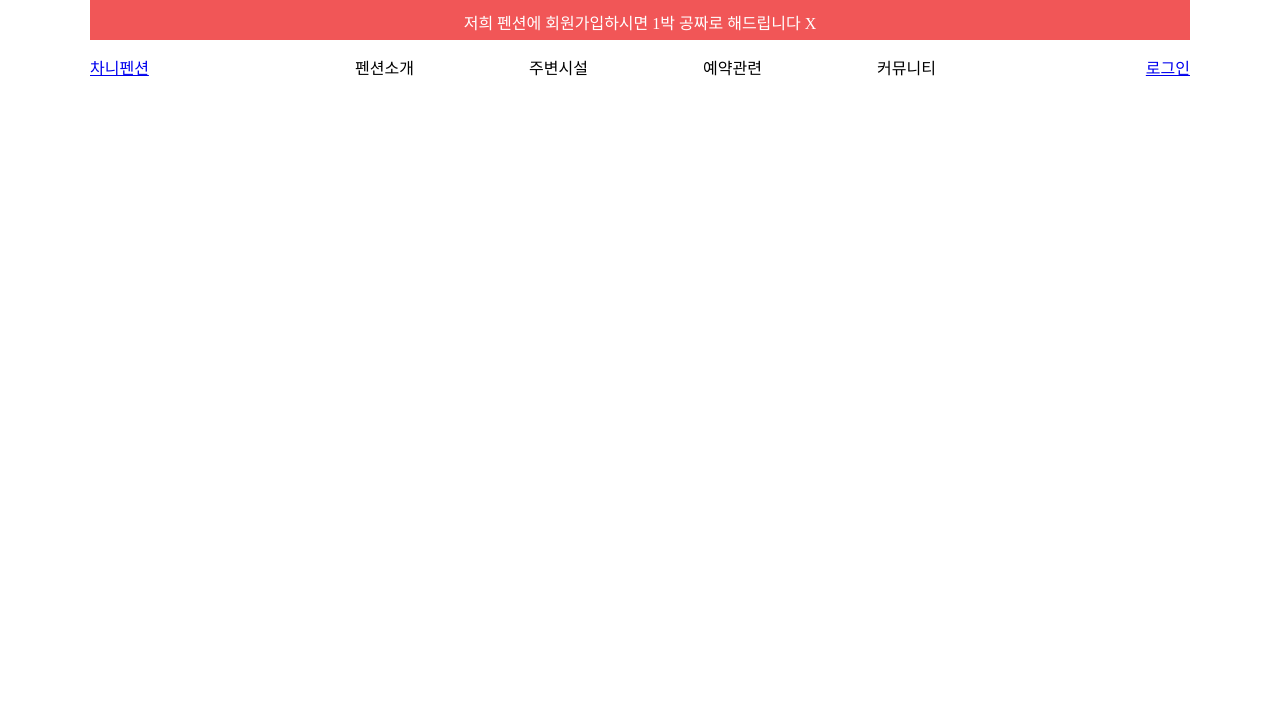
Repository: goalki/pension
Page: http://localhost/pension/mypage/mypage.jsp
These files come from the project's save history. The page is drawn as it stood at one moment and after the next save; the edit follows.
The browser window is 1280 px wide. The pictures show the whole page.
The page is served by Tomcat 9. Other server files are loaded and not shown.

Above is the page before, as saved 2021-01-15 05:26:28.

### pension/WebContent/mypage/mypage.jsp
<%@ page language="java" contentType="text/html; charset=UTF-8"
    pageEncoding="UTF-8"%>
<%@ include file="../top.jsp" %>
<style>
  #section {
    width:1100px;
    height:500px;
    margin:auto;

  }
 </style>

### pension/WebContent/top.jsp
<%@ page language="java" contentType="text/html; charset=UTF-8"
    pageEncoding="UTF-8"%>
<%@ taglib prefix="c" uri="http://java.sun.com/jsp/jstl/core" %>

<!DOCTYPE html>
<html>       <!-- index.jsp -->
<head>
<meta charset="UTF-8">
<title>Insert title here</title>
  <style>
    body {
      margin:0px;
    }
    #first {  /* 광고관련 1층 */
      width:1100px;
      height:30px;
      margin:auto;
      background:#f15657;
      text-align:center;
      padding-top:10px;
      color:white;
    }
    #second {  /* 로고, 메뉴 2층 */
      width:1100px;
      height:60px;
      margin:auto;
    }
    #second #left {
      padding-top:15px;
      width:100px;
      float:left;
    }
    #second #right {
      padding-top:15px;
      width:1000px;
      float:right;
      text-align:right;
    }
    #second #right #menu {
      display:inline-block;
      width:170px;
      height:30px; /* 주메뉴의 높이를 줘야 됩니다 */
      position:relative;
    }
    #second #right #menu:last-child {
      width:250px;
    }
    #second #right #menu .sub {
      position:absolute;
      width:120px;
      left:88px;
      top:10px;
      background:white;
      padding-left:0px;
      visibility:hidden;
      padding-top:10px;

    }
    #second #right #menu .sub li {
      list-style-type:none;
      text-align:center; /* 서브메뉴의 글자 중앙 */
    }


  </style>
    <script src="http://code.jquery.com/jquery-latest.js"></script>
  <script>
    function view_sub(n)
    {
    	document.getElementsByClassName("sub")[n].style.visibility="visible";
    }
    function hide_sub(n)
    {
    	document.getElementsByClassName("sub")[n].style.visibility="hidden";
    }

    $(function()
    {
    	$("#ff").click(function()
    	{
    		$("#first").slideUp();

    	});
    });
  </script>
</head>
<body>
  <div id="first">
     저희 펜션에 회원가입하시면  1박 공짜로 해드립니다
   <span id="ff"  style="cursor:pointer"> X </span>
  </div>
  <div id="second">
     <div id="left"> <a href="../main/index.jsp"> 차니펜션 </a></div>
     <div id="right">
        <span id="menu" onmouseenter="view_sub(0)" onmouseleave="hide_sub(0)"> 펜션소개
        <!-- 부메뉴 -->
           <ul class="sub">
            <li> <a href="../sogae/sogae.jsp"> 우리펜션 </a> </li>
            <li> 오시는길 </li>
           </ul>
        </span>
        <span id="menu" onmouseenter="view_sub(1)" onmouseleave="hide_sub(1)"> 주변시설
        <!-- 부메뉴 -->
           <ul class="sub">
            <li> 만리포 </li>
            <li> 연포</li>
            <li> 채석정 </li>
           </ul>
        </span>
        <span id="menu" onmouseenter="view_sub(2)" onmouseleave="hide_sub(2)"> 예약관련
         <!-- 부메뉴 -->
           <ul class="sub">
            <li>  예약 규정 </a> </li>
            <li> <a href="../reserve/reserve.jsp"> 실시간 예약 </a> </li>
           </ul>
        </span>
        <span id="menu" onmouseenter="view_sub(3)" onmouseleave="hide_sub(3)"> 커뮤니티
        <!-- 부메뉴 -->
           <ul class="sub">
            <li> 여행 후기 </li>
            <li> 자유게시판 </li>
           </ul>
        </span>
        <span id="menu">
          <c:if test="${userid == null}">
           <a href="../login/login.jsp"> 로그인 </a>
          </c:if>
          <c:if test="${userid != null}">
            ${userid}님!! <a href="../mypage/mypage.jsp"> 내정보 </a>  <a href="../login/logout.jsp"> 로그아웃 </a>
          </c:if>
        </span>
    </div>
  </div>
  <!-- 여기까지 1층과 2층  top.jsp -->

### pension/WebContent/bottom.jsp
<%@ page language="java" contentType="text/html; charset=UTF-8"
    pageEncoding="UTF-8"%>
 <style>
 #fifth {     /* 펜션소개 5층 */
      width:1100px;
      height:100px;
      margin:auto;
    }
 </style>
<!-- 여기부터 5층 => bottom.jsp -->
  <div id="fifth">
    주소 : 서울시 구로구 구로동 차니펜션 <br>
    전화 : 010-1111-2222 <br>
    관리자 : 나야나  (goalki@naver.com) <br>
  </div>

</body>
</html>

After the next save:
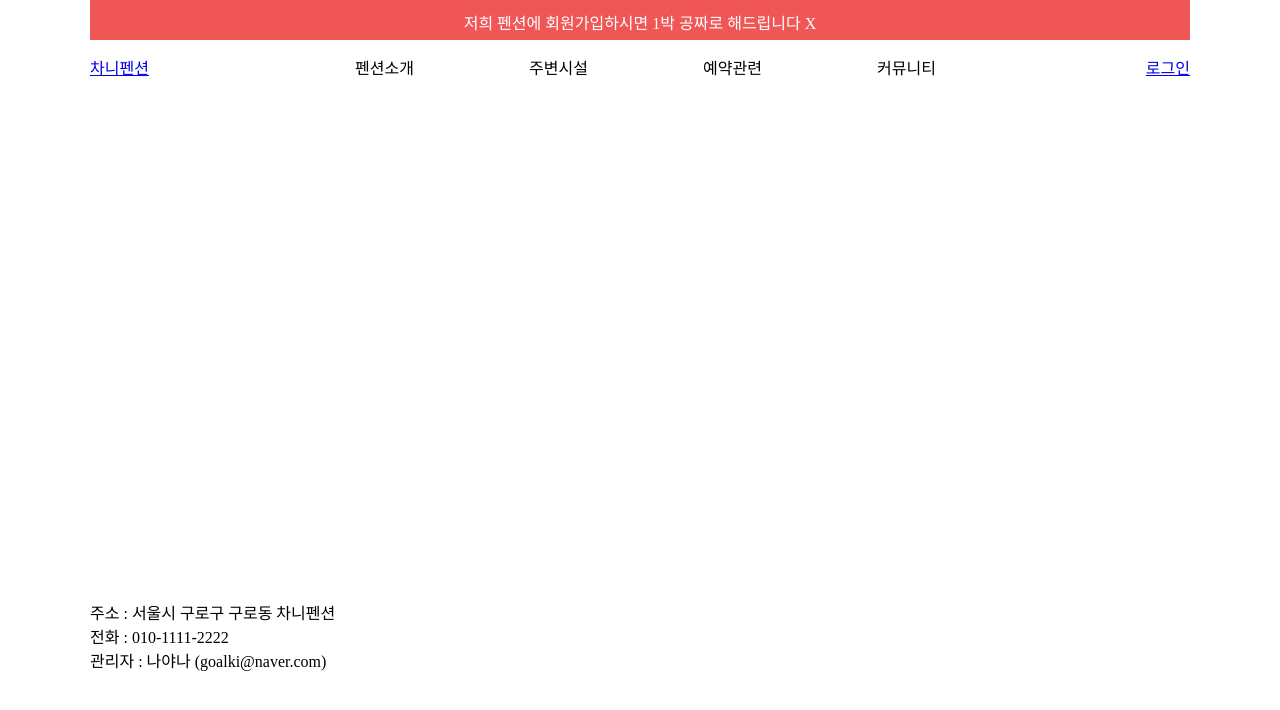
Saved 17 s later.
--- a/pension/WebContent/mypage/mypage.jsp
+++ b/pension/WebContent/mypage/mypage.jsp
@@ -9,3 +9,9 @@
 
   }
  </style>
+  <div id="section">
+
+
+  </div>
+
+ <%@ include file="../bottom.jsp" %>
